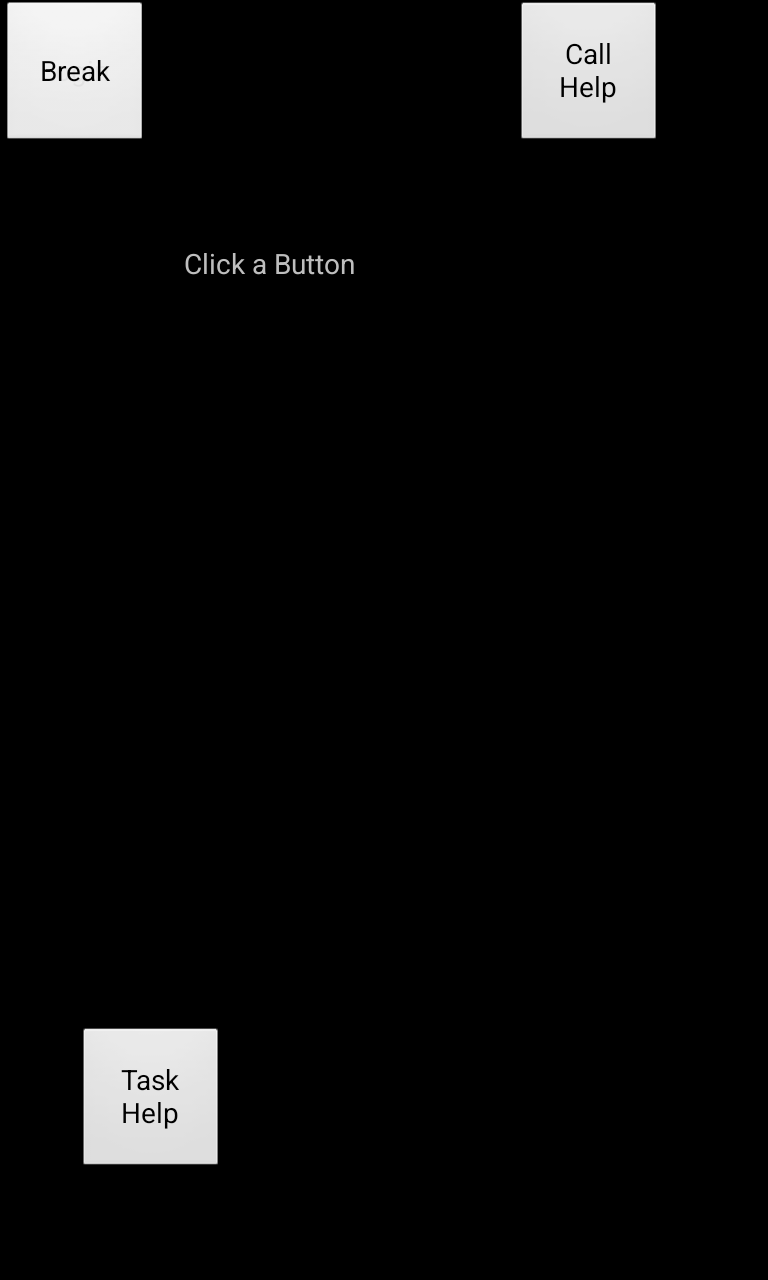
Repository: Crimson-Coders/project_java
Layout: appdev/Task_Tree_Activity/res/layout/main.xml
An editor plug-in stored every save of this project. The layout is shown before and after the next save, followed by the edit.
It is drawn on a 768 x 1280 px phone screen (xhdpi) without system bars, with theme android:Theme; the app's code is not run.

Above is the layout before, as saved 2011-10-19 18:35:56.

After the next save:
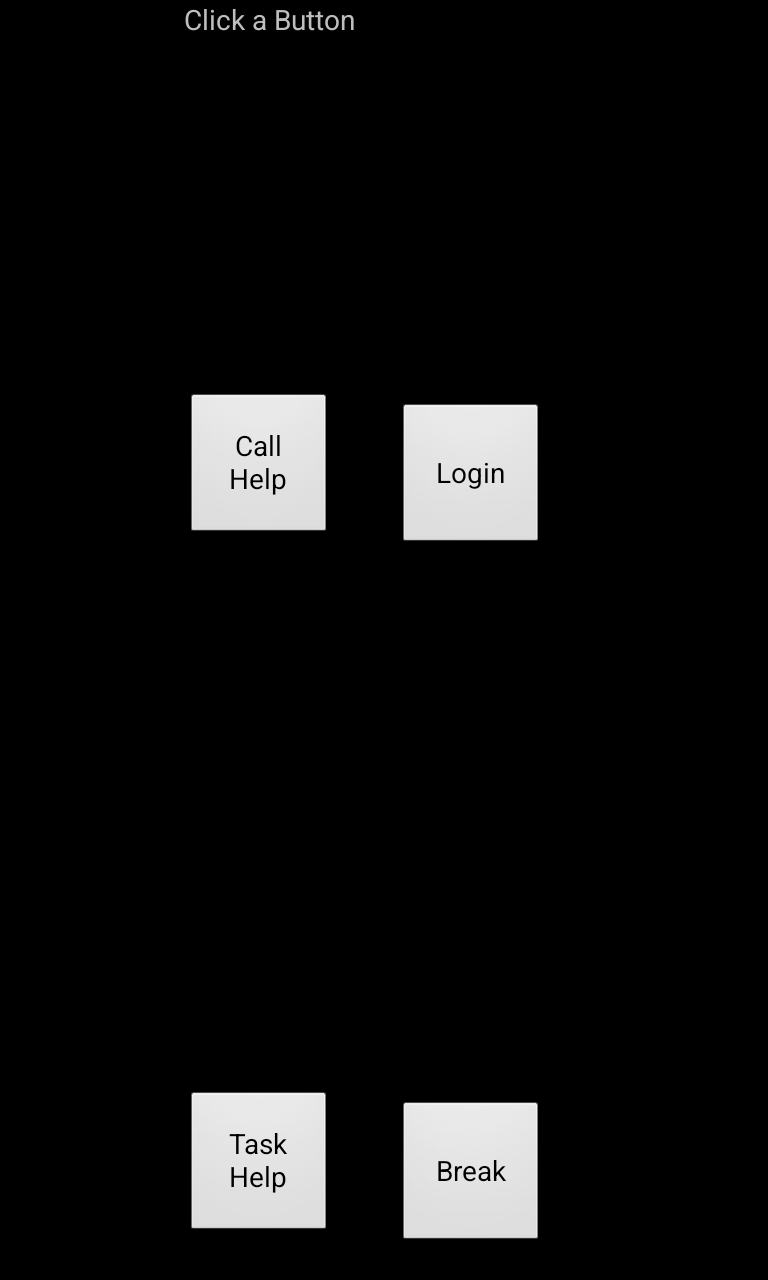
Saved 3 min 14 s later.
--- a/appdev/Task_Tree_Activity/res/layout/main.xml
+++ b/appdev/Task_Tree_Activity/res/layout/main.xml
@@ -2,43 +2,8 @@
     <RelativeLayout xmlns:android="http://schemas.android.com/apk/res/android"
         android:id="@+id/relativeLayout1"
         android:layout_width="fill_parent"
-        android:layout_height="fill_parent" >
-
-        <Button
-            android:id="@+id/taskHelp"
-            android:layout_width="150px"
-            android:layout_height="150px"
-            android:layout_alignParentBottom="true"
-            android:layout_alignParentLeft="true"
-            android:layout_marginBottom="52dp"
-            android:layout_marginLeft="38dp"
-            android:text="Task Help" />
-
-        <Button
-            android:id="@+id/callHelp"
-            android:layout_width="150px"
-            android:layout_height="150px"
-            android:layout_alignBottom="@+id/button1"
-            android:layout_alignParentRight="true"
-            android:layout_marginRight="52dp"
-            android:text="Call Help" />
-
-        <Button
-            android:id="@+id/login"
-            android:layout_width="150px"
-            android:layout_height="150px"
-            android:layout_above="@+id/button1"
-            android:layout_alignLeft="@+id/button1"
-            android:layout_marginBottom="94dp"
-            android:text="Login" />
-
-        <Button
-            android:id="@+id/breakButton"
-            android:layout_width="150px"
-            android:layout_height="150px"
-            android:layout_alignBottom="@+id/button3"
-            android:layout_alignRight="@+id/button2"
-            android:text="Break" />
+        android:layout_height="fill_parent"
+        android:gravity="center" >
 
         <TextView
             android:id="@+id/textView1"
@@ -46,7 +11,43 @@
             android:layout_height="300px"
             android:layout_alignParentTop="true"
             android:layout_centerHorizontal="true"
-            android:layout_marginTop="122dp"
             android:text="Click a Button" />
 
+        <Button
+            android:id="@+id/callHelp"
+            android:layout_width="150px"
+            android:layout_height="150px"
+            android:layout_alignLeft="@+id/textView1"
+            android:layout_below="@+id/textView1"
+            android:layout_marginTop="46dp"
+            android:text="Call Help" />
+
+        <Button
+            android:id="@+id/login"
+            android:layout_width="150px"
+            android:layout_height="150px"
+            android:layout_alignBaseline="@+id/callHelp"
+            android:layout_alignBottom="@+id/callHelp"
+            android:layout_alignRight="@+id/textView1"
+            android:layout_marginRight="19dp"
+            android:text="Login" />
+
+        <Button
+            android:id="@+id/taskHelp"
+            android:layout_width="150px"
+            android:layout_height="150px"
+            android:layout_alignLeft="@+id/callHelp"
+            android:layout_alignParentBottom="true"
+            android:layout_marginBottom="20dp"
+            android:text="Task Help" />
+
+        <Button
+            android:id="@+id/breakButton"
+            android:layout_width="150px"
+            android:layout_height="150px"
+            android:layout_alignBaseline="@+id/taskHelp"
+            android:layout_alignBottom="@+id/taskHelp"
+            android:layout_alignLeft="@+id/login"
+            android:text="Break" />
+
     </RelativeLayout>
